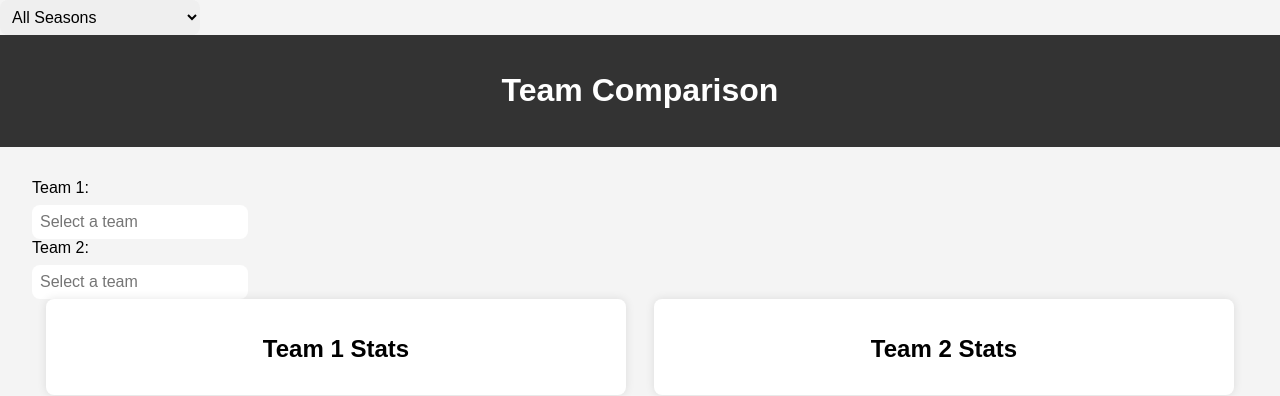
Repository: Enzo-py/dataviz-project-m1
Page: stat_page.html
The author's editor kept a copy of each file at every save. The page is drawn from the files as they stood at one save, then again after the next save.
The browser window is 1280 px wide. The pictures show the whole page.
Some web fonts or font styles are not loaded; a fallback is used.

Above is the page before, as saved 2024-12-12 15:47:19.

### stat_page.html
<!DOCTYPE html>
<html lang="en">
<head>
    <meta charset="UTF-8">
    <meta name="viewport" content="width=device-width, initial-scale=1.0">
    <title>Team Comparison</title>
    <script type="text/javascript" src="js/d3.v7.min.js"></script>
    <script type="text/javascript" src="js/stat_page.js"></script>
    <link rel="stylesheet" href="style_stat_page.css">
    <link rel="preload" href="https://fonts.googleapis.com/css2?family=Material+Symbols+Outlined:opsz,wght,FILL,GRAD@20..48,100..700,0..1,-50..200&" as="style" onload="this.onload=null;this.rel='stylesheet'">
</head>
<body>
    <div class="season">
        <select id="season">
            <option value="total">All Seasons</option>
            <option value="2021-2022">2021-2022</option>
            <option value="2022-2023">2022-2023</option>
            <option value="2023-2024">2023-2024</option>
        </select>
    </div>
    <header>
        <h1>Team Comparison</h1>
    </header>
    <main>
        <div class="team-selection">
            <div class="team">
                <label for="team1">Team 1:</label>
                <input type="text" id="team1" list="teams" placeholder="Select a team">
            </div>
            <div class="team">
                <label for="team2">Team 2:</label>
                <input type="text" id="team2" list="teams" placeholder="Select a team">
            </div>
            <datalist id="teams">
                <!-- Options will be populated dynamically -->
            </datalist>
        </div>
        <section class="comparison-results">
            <div class="team-stats" id="team1-stats">
                <h2>Team 1 Stats</h2>
                <!-- Stats will be populated dynamically -->
            </div>
            <div class="team-stats" id="team2-stats">
                <h2>Team 2 Stats</h2>
                <!-- Stats will be populated dynamically -->
            </div>
        </section>
    </main>
</body>
</html>

### js/stat_page.js
document.addEventListener("DOMContentLoaded", function() {
    const teams = ["Team A", "Team B", "Team C", "Team D"]; // Example teams, replace with actual data

    const datalist = document.getElementById("teams");
    teams.forEach(team => {
        const option = document.createElement("option");
        option.value = team;
        datalist.appendChild(option);
    });

    document.getElementById("team1").addEventListener("change", updateStats);
    document.getElementById("team2").addEventListener("change", updateStats);

    function updateStats() {
        const team1 = document.getElementById("team1").value;
        const team2 = document.getElementById("team2").value;

        if (team1) {
            document.getElementById("team1-stats").innerHTML = `<h2>${team1} Stats</h2><p>Stats for ${team1} will be displayed here.</p>`;
        }

        if (team2) {
            document.getElementById("team2-stats").innerHTML = `<h2>${team2} Stats</h2><p>Stats for ${team2} will be displayed here.</p>`;
        }
    }
});

### style_stat_page.css
body {
    font-family: Arial, sans-serif;
    margin: 0;
    padding: 0;
    background-color: #f4f4f4;
}

header {
    background-color: #333;
    color: #fff;
    text-align: center;
    padding: 1rem 0;
}

main {
    padding: 2rem;
}

menu.team-selection {
    display: flex;
    justify-content: space-around;
    margin-bottom: 2rem;
    background-color: var(--background-color);
    border: solid 2px var(--secondary-color);
    padding: 10px;
    border-radius: 8px;
    box-shadow: 0 3px 3px 0 var(--shadow-color);
}

.team, .season {
    display: flex;
    flex-direction: column;
    align-items: left;
}

.team label, .season label {
    margin-bottom: 0.5rem;
}

.team input, .season select {
    padding: 0.5rem;
    font-size: 1rem;
    width: 200px;
    border: solid 2px var(--secondary-color);
    border-radius: 8px;
    box-shadow: 0 3px 3px 0 var(--shadow-color);
}

.comparison-results {
    display: flex;
    justify-content: space-around;
}

.team-stats {
    background-color: #fff;
    padding: 1rem;
    border-radius: 8px;
    box-shadow: 0 0 10px rgba(0, 0, 0, 0.1);
    width: 45%;
}

.team-stats h2 {
    text-align: center;
    margin-bottom: 1rem;
}

Loaded but not shown: js/d3.v7.min.js (library)

After the next save:
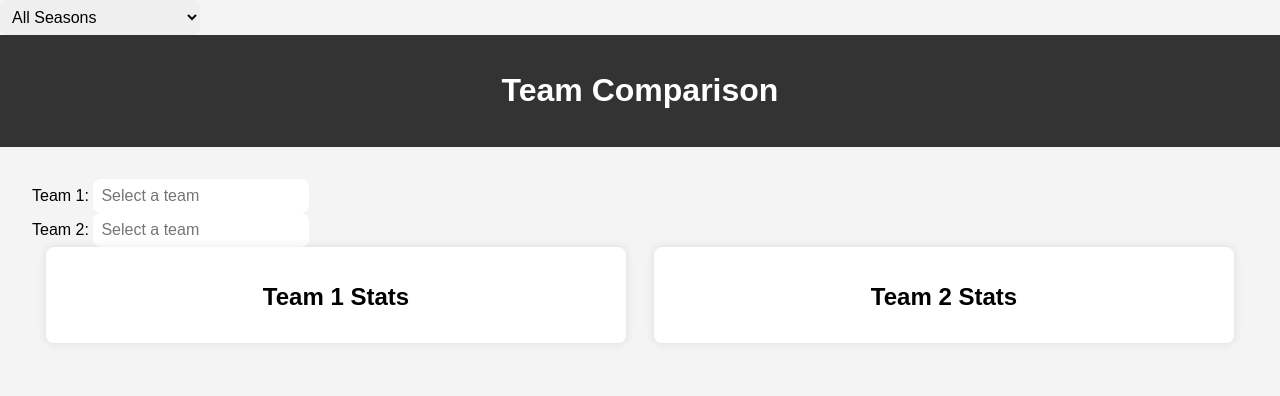
Saved 9 s later.
--- a/style_stat_page.css
+++ b/style_stat_page.css
@@ -28,7 +28,7 @@
 }
 
 .team, .season {
-    display: flex;
+    display: ;
     flex-direction: column;
     align-items: left;
 }

After the 3 saves that followed:
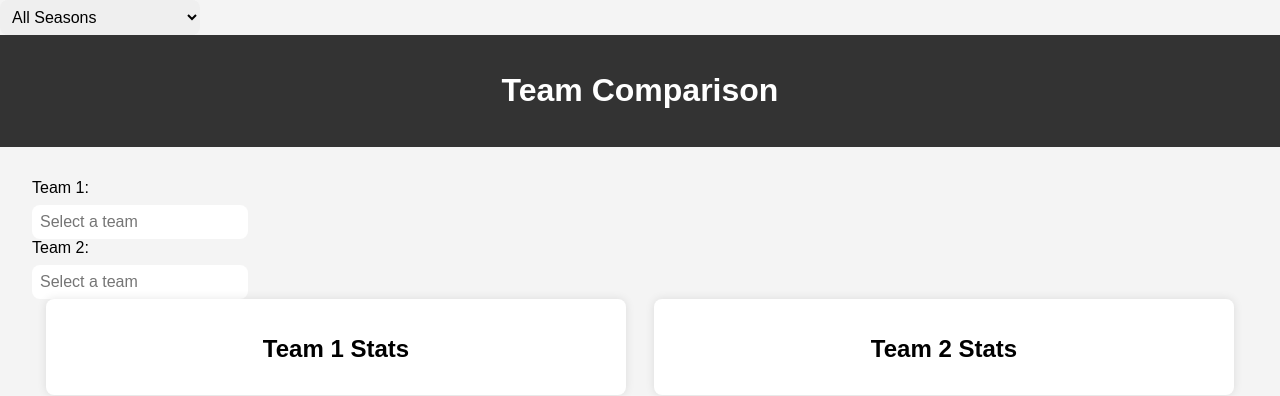
The 3 saves are shown as one change because they came seconds apart.
The last was saved 13 s later.
--- a/style_stat_page.css
+++ b/style_stat_page.css
@@ -28,7 +28,7 @@
 }
 
 .team, .season {
-    display: ;
+    display: flex;
     flex-direction: column;
     align-items: left;
 }
